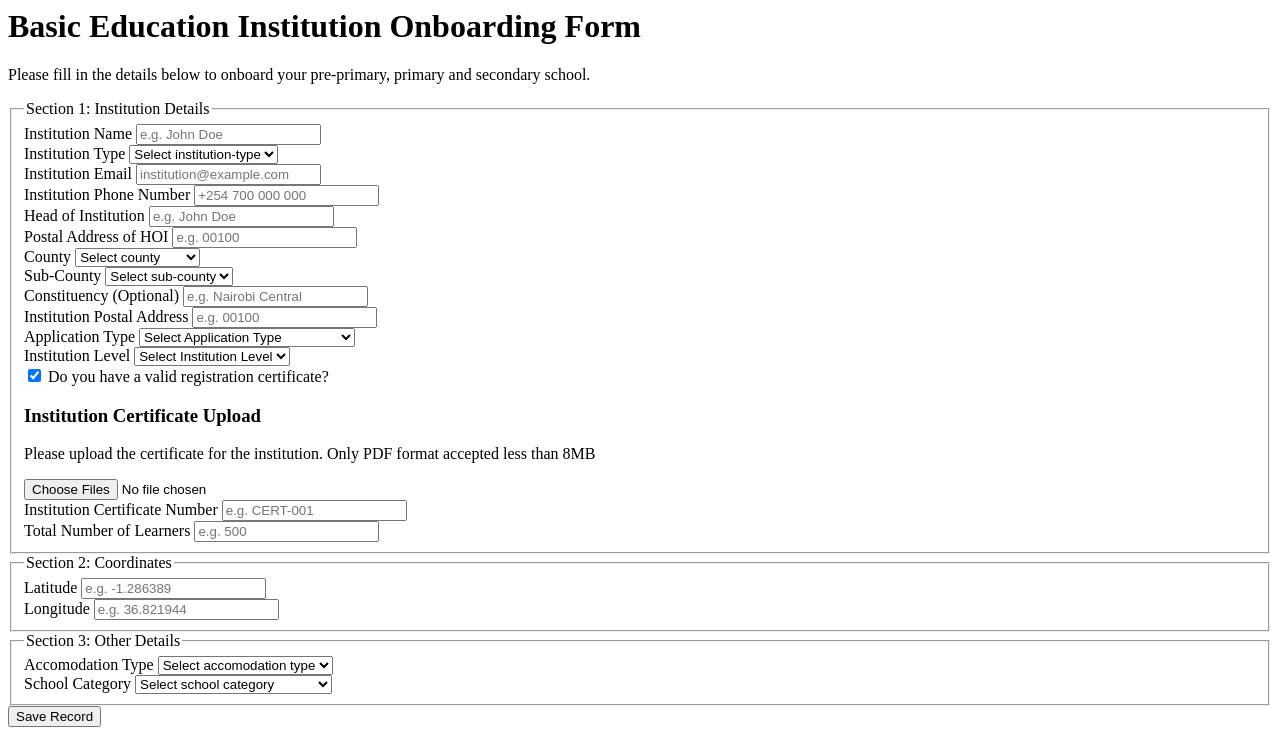
Repository: ndirituart/KEMIS
Page: angular-client/src/app/pages/basic-education/basic-education.html
These files come from the project's save history. The page is drawn as it stood at one moment and after a run of saves; the edit follows.
The browser window is 1280 px wide. The pictures show the whole page.

Above is the page before, as saved 2026-10-20 21:50:54.

### angular-client/src/app/pages/basic-education/basic-education.html
<div class="kemis-form-wrapper">
<form class="kemis-form" (ngSubmit)="onSubmit()" #myForm="ngForm">
<h1 class="text-center mb-4">Basic Education Institution Onboarding Form</h1>
<p class="text-center mb-0">Please fill in the details below to onboard your pre-primary, primary and secondary school.</p>
<div></div>
  <!-- ========================================== -->
  <!-- Section 1: Institution Details                -->
  <!-- ========================================== -->
  <fieldset class="mb-4 p-3 border rounded">
    <legend class="float-none w-auto px-2 fs-5 fw-bold text-primary">Section 1: Institution Details</legend>

    <div class="row g-3">
      <!-- Institution Name -->
      <div class="col-md-6">
        <label for="fullName" class="form-label fw-semibold">Institution Name</label>
        <input type="text" class="form-control" id="fullName" name="fullName" placeholder="e.g. John Doe" required>
      </div>

      <!-- Type of School based on Gender -->
      <div class="col-md-6">
        <label for="institution-type" class="form-label fw-semibold">Institution Type</label>
        <select class="form-select" id="institution-type" name="institution-type" required>
          <option value="" disabled selected>Select institution-type</option>
          <option value="Boy's School">Boy's School</option>
          <option value="Girl's School">Girl's School</option>
          <option value="Mixed School">Mixed School</option>
        </select>
      </div>

      <!-- Institution Email -->
      <div class="col-md-6">
        <label for="emailId" class="form-label fw-semibold">Institution Email</label>
        <input type="email" class="form-control" id="emailId" name="emailId" placeholder="institution@example.com" required>
      </div>

      <!-- Institution Phone Number -->
      <div class="col-md-6">
        <label for="phoneNumber" class="form-label fw-semibold">Institution Phone Number</label>
        <input type="tel" class="form-control" id="phoneNumber" name="phoneNumber" placeholder="+254 700 000 000" required>
      </div>

      <!-- Head of Institution -->
      <div class="col-md-6">
        <label for="headOfInstitution" class="form-label fw-semibold">Head of Institution</label>
        <input type="text" class="form-control" id="headOfInstitution" name="headOfInstitution" placeholder="e.g. John Doe" required>
      </div>

      <!-- Postal Address of HOI -->
      <div class="col-md-6">
        <label for="postalAddressHoi" class="form-label fw-semibold">Postal Address of HOI</label>
        <input type="text" class="form-control" id="postalAddressHoi" name="postalAddressHoi" placeholder="e.g. 00100" required>
      </div>

      <!--County List-->
      <div class="col-md-6">
        <label for="county" class="form-label fw-semibold">County</label>
        <select class="form-select" id="county" name="county" required>
          <option value="" disabled selected>Select county</option>
      <option value="baringo">Baringo</option>
      <option value="bomet">Bomet</option>
      <option value="bungoma">Bungoma</option>
      <option value="busia">Busia</option>
      <option value="elgeyo marakwet">Elgeyo Marakwet</option>
      <option value="embu">Embu</option>
      <option value="garissa">Garissa</option>
      <option value="homa bay">Homa Bay</option>
      <option value="isiolo">Isiolo</option>
      <option value="kajiado">Kajiado</option>
      <option value="kakamega">Kakamega</option>
      <option value="kericho">Kericho</option>
      <option value="kiambu">Kiambu</option>
      <option value="kilifi">Kilifi</option>
      <option value="kirinyaga">Kirinyaga</option>
      <option value="kisii">Kisii</option>
      <option value="kisumu">Kisumu</option>
      <option value="kitui">Kitui</option>
      <option value="kwale">Kwale</option>
      <option value="laikipia">Laikipia</option>
      <option value="lamu">Lamu</option>
      <option value="machakos">Machakos</option>
      <option value="makueni">Makueni</option>
      <option value="mandera">Mandera</option>
      <option value="meru">Meru</option>
      <option value="migori">Migori</option>
      <option value="marsabit">Marsabit</option>
      <option value="mombasa">Mombasa</option>
      <option value="muranga">Muranga</option>
      <option value="nairobi">Nairobi</option>
      <option value="nakuru">Nakuru</option>
      <option value="nandi">Nandi</option>
      <option value="narok">Narok</option>
      <option value="nyamira">Nyamira</option>
      <option value="nyandarua">Nyandarua</option>
      <option value="nyeri">Nyeri</option>
      <option value="samburu">Samburu</option>
      <option value="siaya">Siaya</option>
      <option value="taita taveta">Taita Taveta</option>
      <option value="tana river">Tana River</option>
      <option value="tharaka nithi">Tharaka Nithi</option>
      <option value="trans nzoia">Trans Nzoia</option>
      <option value="turkana">Turkana</option>
      <option value="uasin gishu">Uasin Gishu</option>
      <option value="vihiga">Vihiga</option>
      <option value="wajir">Wajir</option>
      <option value="pokot">West Pokot</option>
  </select>
      </div>

      <!--TO-DO: Nestsed array for Sub-County List dependent on county chosen-->
      <div class="col-md-6">
        <label for="subCounty" class="form-label fw-semibold">Sub-County</label>
        <select class="form-select" id="subCounty" name="subCounty" required>
          <option value="" disabled selected>Select sub-county</option>
        </select>
      </div>

      <!--Constituency Name OPTIONAL-->
      <div class="col-md-6">
        <label for="constituency" class="form-label fw-semibold">Constituency (Optional)</label>
        <input type="text" class="form-control" id="constituency" name="constituency" placeholder="e.g. Nairobi Central">
      </div>

      <!--Institution Postal Address-->
      <div class="col-md-6">
        <label for="postalAddressInstitution" class="form-label fw-semibold">Institution Postal Address</label>
        <input type="text" class="form-control" id="postalAddressInstitution" name="postalAddressInstitution" placeholder="e.g. 00100" required>
      </div>

       <!-- Application Type -->
      <div class="col-md-6">
        <label for="application-type" class="form-label fw-semibold">Application Type</label>
        <select class="form-select" id="application-type" name="application-type" required>
          <option value="" disabled selected>Select Application Type</option>
          <option value="Regular School">Regular School</option>
          <option value="Regular School with Special Unit">Regular School with Special Unit</option>
          <option value="Special School">Special School</option>
        </select>
      </div>

       <!-- Institution Level -->
      <div class="col-md-6">
        <label for="institution-level" class="form-label fw-semibold">Institution Level</label>
        <select class="form-select" id="institution-level" name="institution-level" required>
          <option value="" disabled selected>Select Institution Level</option>
          <option value="Pre-Primary">Pre-Primary</option>
          <option value="Primary">Primary</option>
          <option value="Secondary">Secondary</option>
          <option value="High School">High School</option>
        </select>
      </div>

      <!-- Boolean Toggle (Switch) -->
      <div class="col-12 mt-3">
        <div class="form-check form-switch">
          <input class="form-check-input" type="checkbox" role="switch" id="isActive" name="isActive" checked>
          <label class="form-check-label fw-semibold" for="isActive">Do you have a valid registration certificate?</label>
        </div>
      </div>

      <!--Certificate Upload-->
      <div class="upload">
        <h3>Institution Certificate Upload</h3>
        <p class="upload__description">Please upload the certificate for the institution. Only PDF format accepted less than 8MB </p>
        <input class="upload__input" id="certificate_pdf" type="file" multiple />
        <div class="upload__files">
        </div>
      </div>

      <!--Institution Certificate Number-->
      <div class="col-md-6">
        <label for="certificateNumber" class="form-label fw-semibold">Institution Certificate Number</label>
        <input type="text" class="form-control" id="certificateNumber" name="certificateNumber" placeholder="e.g. CERT-001" required>
      </div>

      <!--Total Number of Learners-->
      <div class="col-md-6">
        <label for="totalLearners" class="form-label fw-semibold">Total Number of Learners</label>
        <input type="number" class="form-control" id="totalLearners" name="totalLearners" placeholder="e.g. 500" required>
      </div>

    </div>
  </fieldset>

  <!-- ========================================== -->
  <!-- SECTION 2: Coordinates            -->
  <!-- ========================================== -->
  <fieldset class="mb-4 p-3 border rounded">
    <legend class="float-none w-auto px-2 fs-5 fw-bold text-primary">Section 2: Coordinates</legend>

    <div class="row g-3">
      <!-- Latitude -->
      <div class="col-md-6">
        <label for="latitude" class="form-label fw-semibold">Latitude</label>
        <input type="number" class="form-control" id="latitude" name="latitude" placeholder="e.g. -1.286389" required>
      </div>

      <!-- Longitude -->
      <div class="col-md-6">
        <label for="longitude" class="form-label fw-semibold">Longitude</label>
        <input type="number" class="form-control" id="longitude" name="longitude" placeholder="e.g. 36.821944" required>
      </div>


    </div>
  </fieldset>

  <!-- ========================================== -->
  <!-- SECTION 3: Other Details                -->
  <!-- ========================================== -->
  <fieldset class="mb-4 p-3 border rounded">
    <legend class="float-none w-auto px-2 fs-5 fw-bold text-primary">Section 3: Other Details</legend>

    <div class="row g-3">

      <!-- Accomodation Type -->
      <div class="col-md-6">
        <label for="accomodation-type" class="form-label fw-semibold">Accomodation Type</label>
        <select class="form-select" id="accomodation-type" name="accomodation-type" required>
          <option value="" disabled selected>Select accomodation type</option>
          <option value="Day">Day</option>
          <option value="Boarding">Boarding</option>
          <option value="Hybrid">Hybrid</option>
        </select>
      </div>

      <!-- School Category -->
      <div class="col-md-6">
        <label for="school-category" class="form-label fw-semibold">School Category</label>
        <select class="form-select" id="school-category" name="school-category" required>
          <option value="" disabled selected>Select school category</option>
          <option value="Private">Private</option>
          <option value="Public">Public</option>
          <option value="Refugee Camp-based School">Refugee Camp-based School</option>
        </select>
      </div>
    </div>
  </fieldset>

  <!-- Submit Button -->
  <div class="d-grid gap-2 mt-4">
    <button type="submit" class="btn btn-primary btn-lg">Save Record</button>
  </div>

</form>
</div>

After the next 2 saves:
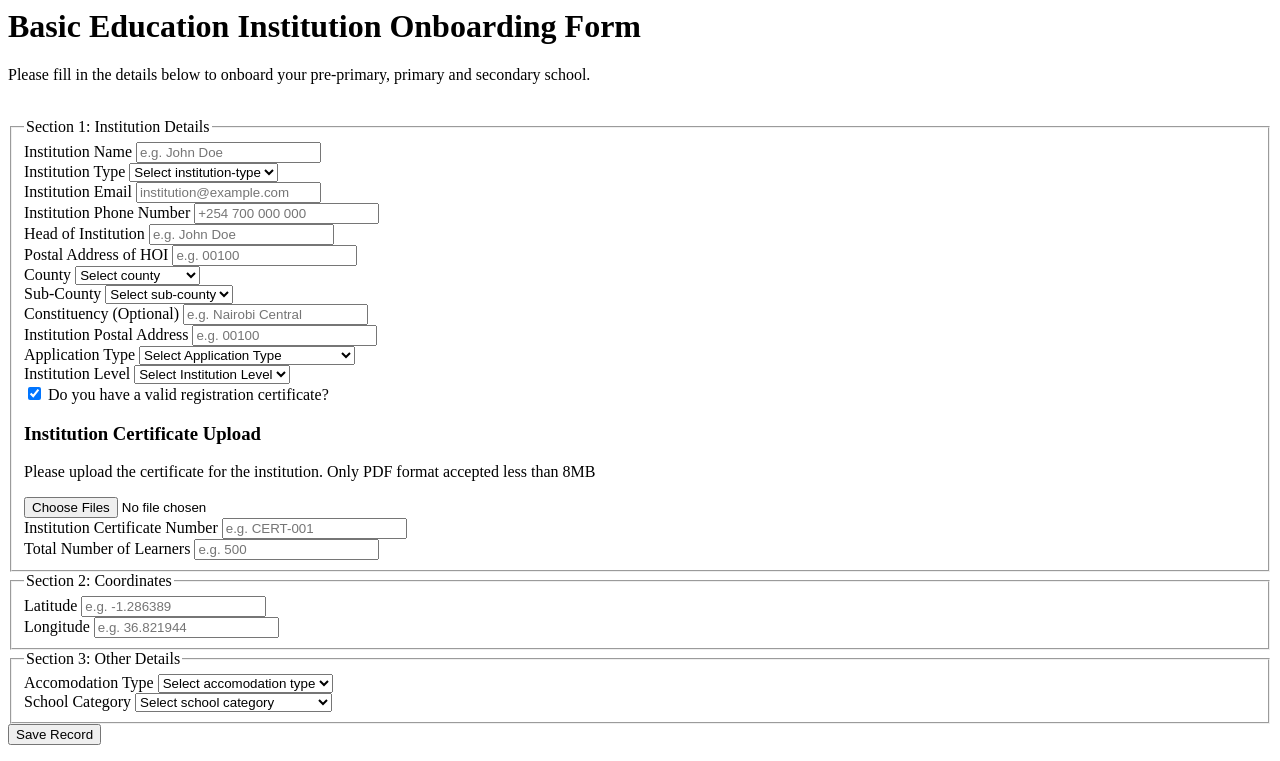
The 2 saves are shown as one change because they came seconds apart.
The last was saved 12 s later.
--- a/angular-client/src/app/pages/basic-education/basic-education.html
+++ b/angular-client/src/app/pages/basic-education/basic-education.html
@@ -2,7 +2,7 @@
 <form class="kemis-form" (ngSubmit)="onSubmit()" #myForm="ngForm">
 <h1 class="text-center mb-4">Basic Education Institution Onboarding Form</h1>
 <p class="text-center mb-0">Please fill in the details below to onboard your pre-primary, primary and secondary school.</p>
-<div></div>
+<br>
   <!-- ========================================== -->
   <!-- Section 1: Institution Details                -->
   <!-- ========================================== -->

After the save that followed:
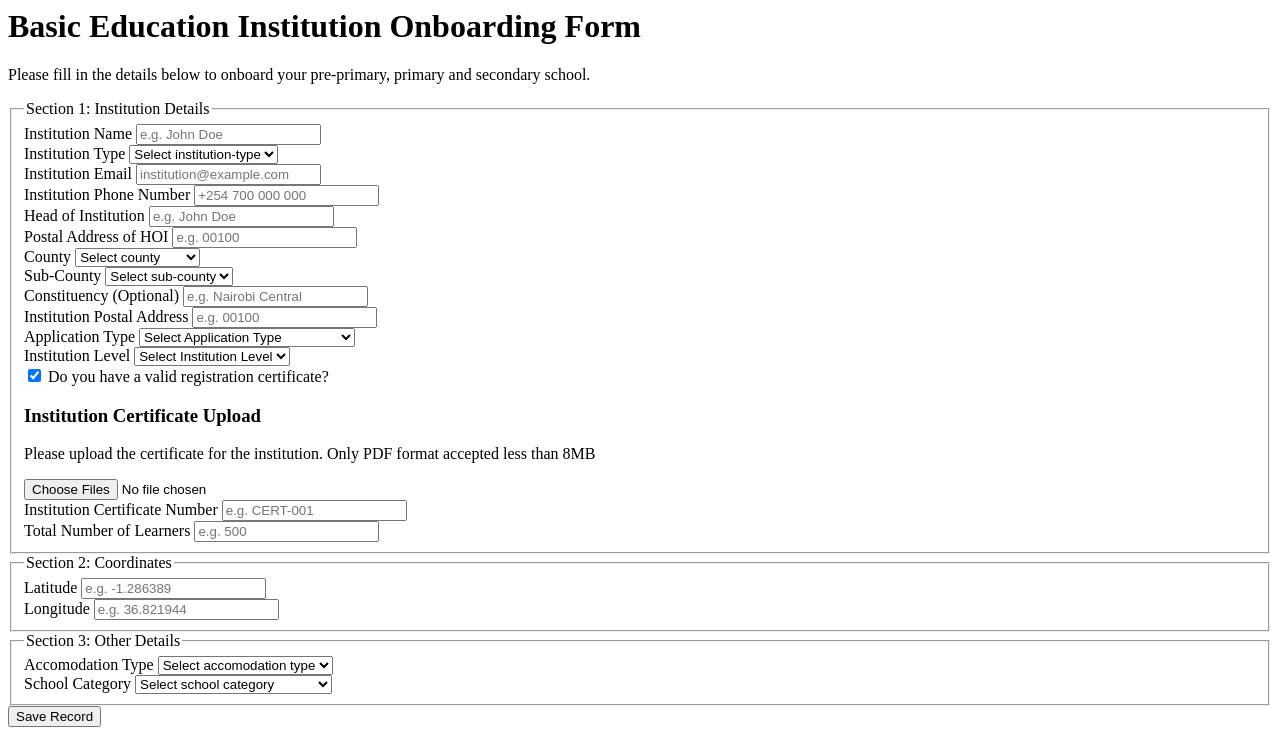
Saved 18 s later.
--- a/angular-client/src/app/pages/basic-education/basic-education.html
+++ b/angular-client/src/app/pages/basic-education/basic-education.html
@@ -2,7 +2,7 @@
 <form class="kemis-form" (ngSubmit)="onSubmit()" #myForm="ngForm">
 <h1 class="text-center mb-4">Basic Education Institution Onboarding Form</h1>
 <p class="text-center mb-0">Please fill in the details below to onboard your pre-primary, primary and secondary school.</p>
-<br>
+<span></span>
   <!-- ========================================== -->
   <!-- Section 1: Institution Details                -->
   <!-- ========================================== -->
